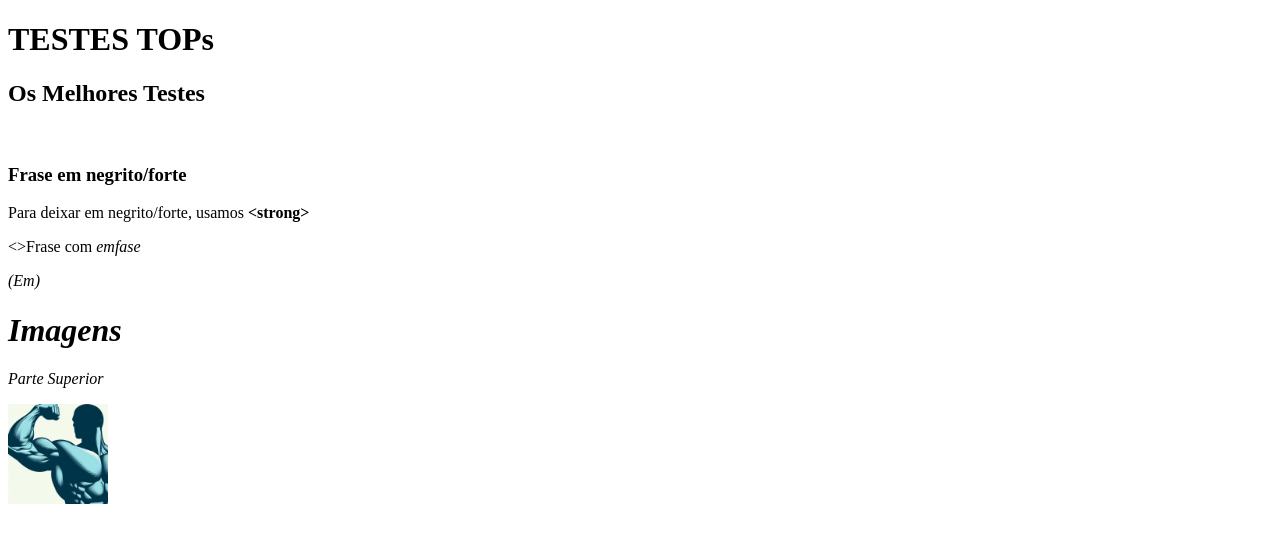
Repository: LuidyOn/Site_Forca_Total
Page: ForçaTotal/teste.html
The author's editor kept a copy of each file at every save. The page is drawn from the files as they stood at one save, then again after the next save.
The browser window is 1280 px wide. The pictures show the whole page.

Above is the page before, as saved 2025-05-14 14:04:23.

After the next save:
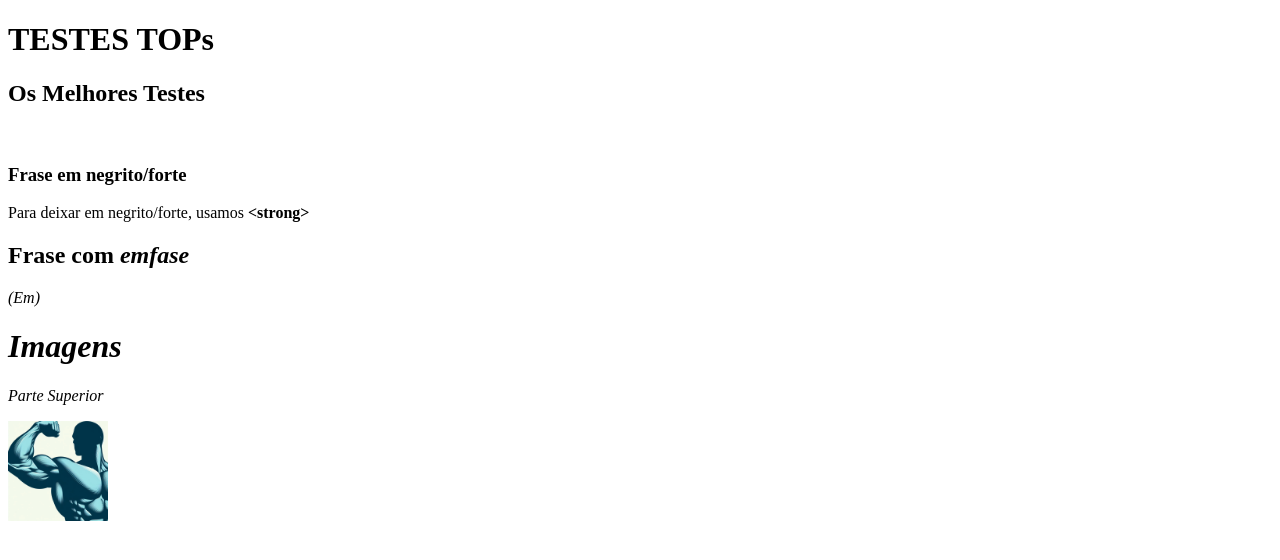
Saved 1 s later.
--- a/ForçaTotal/teste.html
+++ b/ForçaTotal/teste.html
@@ -13,7 +13,7 @@
     <h3>Frase em <strong>negrito/forte</strong></h3>
     <p>Para deixar em negrito/forte, usamos <strong>&lt;strong&gt;</strong> </p>
 
-<>Frase com <em>emfase</em> </h1> <p> <em>(Em)<em> </p>
+<h2>Frase com <em>emfase</em> </h1> <p> <em>(Em)<em> </p>
 
   <h1>Imagens</h1>
   <p>Parte Superior</p>
